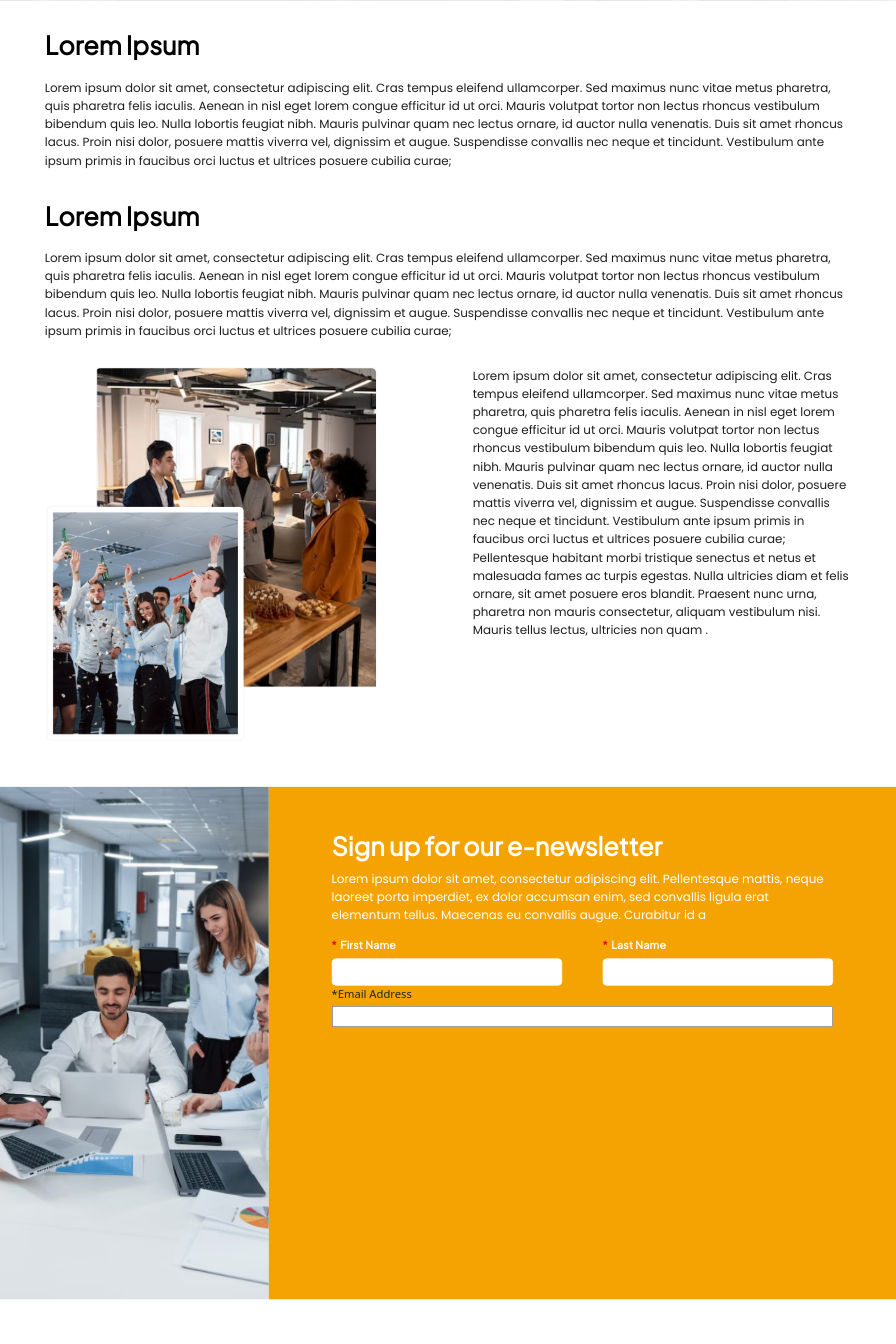
Repository: Akash8377/Hospitality-website
Page: /about-us
An editor plug-in stored every save of this project. The page is shown before and after a run of saves, followed by the edit.
The browser window is 1280 px wide. The pictures show the part of the page from y = 683 to 2603 px (the page is 2603 px tall), at 70% of full size.
Some web libraries are served in a nearby version. The project was rebuilt for these pictures with package versions that can differ from the ones it lists, and the page was loaded fresh each time. Also part of the build but not shown: src/Component/Partial/heading-cont.js, src/Component/Shared/about-us.js, src/Component/Shared/Banner.js, src/Component/Shared/popular-jobs.js, src/Component/Sliders/ServiceSlider.js, src/Component/Sliders/ReviewSlider.js, src/Component/Partial/index-banner.js, src/Component/Partial/index-buisness-banner.js and 2 more.

Above is the page before, as saved 2023-07-07 12:12:57.

### public/index.html
<!-- @format -->

<!DOCTYPE html>
<html lang="en">
  <head>
    <meta charset="utf-8" />
    <link rel="icon" href="%PUBLIC_URL%/favicon.ico" />
    <meta name="viewport" content="width=device-width, initial-scale=1" />
    <meta name="theme-color" content="#000000" />
    <meta
      name="description"
      content="Web site created using create-react-app"
    />
    <link rel="apple-touch-icon" href="%PUBLIC_URL%/logo192.png" />
    <link rel="manifest" href="%PUBLIC_URL%/manifest.json" />

    <link rel="preconnect" href="https://fonts.googleapis.com" />
    <link rel="preconnect" href="https://fonts.gstatic.com" crossorigin />
    <link href="https://fonts.googleapis.com/css2?family=Plus+Jakarta+Sans&family=Poppins&display=swap" rel="stylesheet">
    <title>React App</title>
  </head>
  <body>
    <noscript>You need to enable JavaScript to run this app.</noscript>
    <div id="root"></div>
  </body>
  <script src="https://kit.fontawesome.com/b533b351e4.js" crossorigin="anonymous"></script>
</html>

### src/index.css
/** @format */

body {
  margin: 0;
  padding: 0;
  font-family: -apple-system, BlinkMacSystemFont, "Segoe UI", "Roboto", "Oxygen",
    "Ubuntu", "Cantarell", "Fira Sans", "Droid Sans", "Helvetica Neue",
    sans-serif;
  -webkit-font-smoothing: antialiased;
  -moz-osx-font-smoothing: grayscale;
}

code {
  font-family: source-code-pro, Menlo, Monaco, Consolas, "Courier New",
    monospace;
}

### src/App.js
import React from 'react'
import {  BrowserRouter  , Route , Routes } from 'react-router-dom'
import HomePage from './Pages/HomePage'



// Css
import './Css/Navbar.css'
import './Css/Lap.css'
import AboutUs from './Pages/AboutUs'
const App = () => {
  return (
    <>
      <BrowserRouter>
        <Routes>
            <Route path='/' element={<HomePage />} />
            <Route path='/about-us' element={<AboutUs />} />
        </Routes>
      </BrowserRouter>
    </>
  )
}

export default App

### src/Css/Navbar.css
/** @format */

.Navbar {
  display: flex;
  justify-content: space-evenly;
  box-shadow: 0px 10px 30px 0px rgba(0, 0, 0, 0.25);
  background-color: #033c59;
  padding: 20px;
  align-items: center;
}
.Navbar .main {
  width: 15%;
  text-align: center;
}
.Navbar .main a {
  text-decoration: none;
  color: #fff;
  font-size: 20px;
  font-family: Plus Jakarta Sans;
  font-style: normal;
  font-weight: 400;
  line-height: 24px;
  letter-spacing: 1px;
  margin: 0;
}

.Navbar .main img {
  display: block;
  margin: auto;
  max-width: 100%;
}
.Navbar .main div {
  border-radius: 24px;
  border: 1px solid #f3f4f6;
  background: #eee;
  padding: 8px;
  display: flex;
  justify-content: space-between;
  padding-left: 10px;
  padding-right: 10px;
}
.Navbar .main div input {
  border: none;
  background-color: transparent;
  outline: none;
  color: #6b7280;
  font-size: 14px;
  font-family: Plus Jakarta Sans;
  font-style: normal;
  font-weight: 400;
  line-height: normal;
  width: 80%;
}
.Navbar .main button {
  border-radius: 8px;
  background: #f5a302;
  width: 120px;
  padding: 10px;
  color: #fff;
  text-align: center;
  font-size: 16px;
  font-family: Plus Jakarta Sans;
  font-style: normal;
  font-weight: 800;
  line-height: normal;
  outline: none;
  border: 1px solid #f5a302;
}

.Navbar .main a:focus{
    font-weight: 700;
}

### src/Css/Lap.css
/** @format */

/* Home Page Banner */
.Banner {
  min-height: 600px;
  max-height: 800px;
  width: 100%;
  background-image: url("../../public/Image/1.png");
  background-size: cover;
  background-repeat: no-repeat;
  position: relative;
}
.Banner h2 {
  color: #fff;
  text-align: center;
  font-size: 60px;
  font-family: Plus Jakarta Sans;
  font-style: normal;
  font-weight: 700;
  line-height: 90px;
}
.Banner p {
  color: rgba(255, 255, 255, 0.7);
  text-align: center;
  font-size: 17px;
  font-family: Plus Jakarta Sans;
  font-style: normal;
  font-weight: 400;
  line-height: 28px;
}

.Banner .two_button {
  display: flex;
  justify-content: center;
  gap: 20px;
}
.Banner .two_button button {
  border-radius: 10px;
  background: #033c59;
  border: 1px solid #033c59;
  box-shadow: 0px 0px 3px 0px rgba(60, 72, 88, 0.15);
  width: 457px;
  color: #fff;
  height: 92px;
  color: #fff;
  font-size: 28px;
  font-family: Plus Jakarta Sans;
  font-style: normal;
  font-weight: 700;
  line-height: normal;
  display: flex;
  justify-content: center;
  align-items: center;
  gap: 20px;
}

.Banner .Bottom_Button {
  border-radius: 10px;
  background: #f5a302;
  box-shadow: 0px 0px 3px 0px rgba(60, 72, 88, 0.15);
  color: #fff;
  text-align: center;
  font-size: 28px;
  font-family: Plus Jakarta Sans;
  font-style: normal;
  font-weight: 700;
  border: 1px solid #f5a302;
  height: 92px;
  width: 666px;
  display: flex;
  justify-content: center;
  align-items: center;
  gap: 20px;
  margin: auto;
  margin-top: 20px;
}

.Banner .content {
  position: absolute;
  top: 50%;
  left: 50%;
  transform: translate(-50%, -50%);
}

/* -------------------------- */

/* Home Page About us Section */
.Three_Div {
  display: flex;
  justify-content: space-evenly;
  gap: 20px;
  flex-wrap: wrap;
  margin-top: 2%;
  padding: 20px;
}
.Three_Div .Item {
  width: 357.126px;
}
.Three_Div .Item .upper {
  width: 100%;
  height: 381.393px;
  position: relative;
  background-image: url("../../public/Image/2.png");
}
.Three_Div .Item .upper .head {
  color: #fff;
  text-align: center;
  font-size: 36px;
  font-family: Plus Jakarta Sans;
  font-style: normal;
  font-weight: 600;
  max-width: 100%;
  width: 100%;
  margin: auto;
  position: absolute;
  bottom: 30px;
  left: 50%;
  transform: translate(-50%);
}
.Three_Div .Item .desc {
  color: #1d1d1d;
  text-align: center;
  font-size: 14px;
  font-family: Poppins;
  font-style: normal;
  font-weight: 400;
  line-height: normal;
  margin-top: 20px;
}
.Three_Div .Item button {
  border-radius: 6px;
  border: 1px solid #f5a302;
  background: #fef6e6;
  padding: 5px 21.02px 5px 21px;
  display: block;
  margin: auto;
  color: #f5a302;
  text-align: center;
  font-size: 15px;
  font-family: Plus Jakarta Sans;
  font-style: normal;
  font-weight: 600;
  line-height: 28px;
  letter-spacing: 0.375px;
}

/* Home Page Heading Container*/
.Center_Heading {
  margin-top: 5%;
}
.Center_Heading h5 {
  color: #161c2d;
  text-align: center;
  font-size: 36px;
  font-family: Plus Jakarta Sans;
  font-style: normal;
  font-weight: 600;
  line-height: 39px;
}
.Center_Heading .desc {
  color: #1d1d1d;
  text-align: center;
  font-size: 14px;
  font-family: Poppins;
  font-style: normal;
  font-weight: 400;
  line-height: normal;
  max-width: 600px;
  margin: auto;
}

/* Home Page Popular Jobs */
.Popular_Jobs {
  padding: 20px;
}
.Popular_Jobs table {
  table-layout: fixed;
  width: 90%;
  margin: auto;
  text-align: center;
}
.Popular_Jobs table tbody td .flex-cont {
  display: flex;
  gap: 5px;
  justify-content: center;
  align-items: center;
}

.Popular_Jobs table tbody tr {
  margin-top: 30px 0 !important;
  border-radius: 4px;
  background: rgba(255, 255, 255, 0);
  box-shadow: 0px 0px 3px 0px rgba(60, 72, 88, 0.15);
  border: 1px solid rgba(255, 255, 255, 0);
}
.Popular_Jobs table tbody tr td {
  padding: 10px;
}
.Popular_Jobs table tbody td .flex-cont p {
  color: #161c2d;
  font-size: 17px;
  font-family: Plus Jakarta Sans;
  font-style: normal;
  font-weight: 600;
  line-height: 28px;
  margin: 0;
}
.Popular_Jobs table tbody td .flex-cont button {
  border-radius: 6px;
  border: 1px solid #005479;
  background: #005479;
  color: #fff;
  text-align: center;
  font-size: 15px;
  font-family: Plus Jakarta Sans;
  font-style: normal;
  font-weight: 600;
  line-height: 28px;
  letter-spacing: 0.375px;
}
.Popular_Jobs table tbody td .flex-cont i {
  color: #005479;
  width: 40px;
  height: 40px;
  border: 1px solid #005479;
  text-align: center;
  border-radius: 100%;
  background-color: rgba(3, 0, 129, 0.05);
  padding: 10px;
}
.Popular_Jobs table tbody td .flex-vertical-cont {
  display: flex;
  flex-direction: column;
}
.Popular_Jobs table tbody td .flex-vertical-cont p {
  margin: 0;
  color: #161c2d;
  font-size: 15px;
  font-family: Plus Jakarta Sans;
  font-style: normal;
  font-weight: 700;
  line-height: 28px;
}
.Popular_Jobs table tbody td .flex-vertical-cont select {
  border-radius: 6px;
  border: 1px solid #777;
  background: #eee;
  width: 164px;
  margin: auto;
  outline: none;
  color: #777;
  font-size: 14px;
  font-family: Plus Jakarta Sans;
  font-style: normal;
  font-weight: 400;
  line-height: 20px;
}
.Popular_Jobs table tbody td .flex-vertical-cont div {
  display: flex;
  gap: 5px;
  align-items: center;
  justify-content: center;
}
.Popular_Jobs table tbody td .flex-vertical-cont div p {
  color: #94a3b8;
  font-size: 15px;
  font-family: Plus Jakarta Sans;
  font-style: normal;
  font-weight: 400;
  line-height: 28px;
}
.Popular_Jobs table tbody td .flex-vertical-cont div i {
  color: #94a3b8;
}

/* Home Page Service Slider */
.Service_Slider_Container {
  position: relative;
  margin-top: 20px;
}
.Service_Slider_Container .Service_Slider .Main {
  width: 421px !important;
  height: 506px !important;
  position: relative;
  display: block !important;
  margin: auto;
}
.Service_Slider_Container .Service_Slider .Main img {
  position: absolute;
  top: 0;
  bottom: 0;
  left: 0;
  right: 0;
  z-index: -1;
}
.Service_Slider_Container .slick-arrow {
  display: none !important;
}

.Service_Slider_Container .Service_Slider .Main .head {
  color: #fff;
  text-align: center;
  font-size: 36px;
  font-family: Plus Jakarta Sans;
  font-style: normal;
  font-weight: 600;
  line-height: 28px;
  position: absolute;
  top: 50%;
  left: 50%;
  transform: translate(-50%, -50%);
  width: 100%;
}
.Service_Slider_Container .Service_Slider .Main button {
  display: flex;
  gap: 10px;
  align-items: center;
  border-radius: 6px;
  border: 1px solid #fff;
  background: #fff;
  width: 148.49px;
  height: 37.865px;
  color: #000;
  text-align: center;
  font-size: 15px;
  font-family: Plus Jakarta Sans;
  font-style: normal;
  font-weight: 600;
  line-height: 28px;
  letter-spacing: 0.375px;
  position: absolute;
  top: 70%;
  left: 50%;
  transform: translate(-50%, -50%);
  text-align: center;
  justify-content: center;
}

/* Home Page Review Slider */
.Review_Slider_Container {
  position: relative;
  margin-top: 30px;
  margin-bottom: 20px;
}
.Review_Slider_Container .Review_Slider .Main {
  width: 357px !important;
  height: 466px !important;
  position: relative;
  display: block !important;
  margin: auto;
  background: #fff;
  box-shadow: 0px 20px 40px 10px rgba(159, 159, 159, 0.15),
    0px -10px 50px 0px rgba(0, 0, 0, 0.1);
  padding: 20px;
}

.Review_Slider_Container .slick-arrow {
  display: none !important;
}
.Review_Slider_Container .Review_Slider .Main .User_Profile {
  display: flex;
  justify-content: space-between;
  max-width: 90%;
  gap: 10px;
  align-items: center;
}

.Review_Slider_Container .Review_Slider .Main .User_Profile img {
  width: 73px;
  height: 73px;
  border-radius: 100%;
}
.Review_Slider_Container .Review_Slider .Main .User_Profile p {
  margin: 0;
}

.Review_Slider_Container .Review_Slider .Main .User_Profile div .head {
  color: #000;
  font-size: 22px;
  font-family: Plus Jakarta Sans;
  font-style: normal;
  font-weight: 700;
  line-height: 39px;
}
.Review_Slider_Container .Review_Slider .Main .User_Profile div .desc {
  color: #9c9c9c;
  font-size: 15px;
  font-family: Plus Jakarta Sans;
  font-style: normal;
  font-weight: 700;
  line-height: 39px;
}

.Review_Slider_Container .Review_Slider .Main .Reviews {
  display: flex;
  align-items: center;
  justify-content: space-between;
  margin-top: 10px;
}
.Review_Slider_Container .Review_Slider .Main .Reviews div {
  display: flex;
  gap: 5px;
}
.Review_Slider_Container .Review_Slider .Main .Reviews div i {
  color: #ffc107;
  font-size: 23px;
}

.Review_Slider_Container .Review_Slider .Main .Reviews p {
  margin: 0;
  color: #9c9c9c;
  font-size: 15px;
  font-family: Plus Jakarta Sans;
  font-style: normal;
  font-weight: 700;
  line-height: 39px;
}
.Review_Slider_Container .Review_Slider .Main .content {
  text-align: left;
  margin-top: 10px;
}
.Review_Slider_Container .Review_Slider .Main .content p {
  color: #000;
  font-size: 17px;
  font-family: Plus Jakarta Sans;
  font-style: normal;
  font-weight: 400;
  line-height: 28px;
}

/* Index Two Sec Banner */
.Index_Banner_Two_Sec {
  display: flex;
  width: 90%;
  margin: auto;
  align-items: stretch;
  margin-top: 2%;
  justify-content: center;
  height: 550px;
  max-width: 1200px;
  margin-bottom: 20px;
}
.Index_Banner_Two_Sec .left {
  width: 30%;
  display: flex;
  justify-content: flex-end;
}
.Index_Banner_Two_Sec .left img {
  width: auto;
  max-height: 100%;
}

.Index_Banner_Two_Sec .right {
  width: 70%;
  background-color: #f5a302;
  position: relative;
}
.Index_Banner_Two_Sec .right .content {
  position: absolute;
  top: 50%;
  left: 50%;
  transform: translate(-50%, -50%);
  width: 90%;
  margin: auto;
}
.Index_Banner_Two_Sec .right .content h5 {
  color: #fff;
  font-family: Plus Jakarta Sans;
  font-size: 36px;
  font-style: normal;
  font-weight: 600;
  line-height: 54px;
}
.Index_Banner_Two_Sec .right .content p {
  color: #fff;
  font-family: Plus Jakarta Sans;
  font-size: 17px;
  font-style: normal;
  line-height: 28px;
}
.Index_Banner_Two_Sec .right .content ul {
  list-style: none;
  padding-left: 0;
}
.Index_Banner_Two_Sec .right .content ul li {
  display: flex;
  gap: 10px;
  align-items: center;
}
.Index_Banner_Two_Sec .right .content ul li span {
  color: #fff;
  font-family: Plus Jakarta Sans;
  font-size: 15px;
  font-style: normal;
  font-weight: 400;
  line-height: 28px;
}

/* Index Buisness Banner */
.Index_Buisness_Banner {
  display: flex;
  justify-content: space-evenly;
  width: 90%;
  margin: auto;
  margin-top: 5%;
}
.Index_Buisness_Banner .left {
  width: 50%;
  padding: 20px;
}
.Index_Buisness_Banner .left h5 {
  color: #161c2d;
  font-family: Plus Jakarta Sans;
  font-size: 36px;
  font-style: normal;
  font-weight: 600;
  line-height: 39px;
}
.Index_Buisness_Banner .left p {
  color: #1d1d1d;
  font-family: Poppins;
  font-size: 14px;
  font-style: normal;
  font-weight: 400;
  line-height: normal;
  max-width: 60%;
}
.Index_Buisness_Banner .left .Two_Sec {
  display: flex;
  justify-content: space-between;
  flex-wrap: wrap;
}

.Index_Buisness_Banner .left .Two_Sec .Main {
  width: 49%;
  border-radius: 4px;
  background: #f8fafc;
  box-shadow: 0px 0px 3px 0px rgba(60, 72, 88, 0.15);
  padding: 20px;
  display: flex;
  align-items: flex-start;
  gap: 10px;
  margin-top: 20px;
}
.Index_Buisness_Banner .left .Two_Sec .Main div {
  display: flex;
  flex-direction: column;
  width: 60%;
}
.Index_Buisness_Banner .left .Two_Sec .Main div h6 {
  color: #161c2d;
  font-family: Plus Jakarta Sans;
  font-size: 16px;
  font-style: normal;
  font-weight: 600;
  line-height: 28px;
}

.Index_Buisness_Banner .left .Two_Sec .Main div p {
  color: #005479;
  font-family: Plus Jakarta Sans;
  font-size: 14px;
  font-style: normal;
  font-weight: 400;
  line-height: 20px;
  width: 100%;
}
.Index_Buisness_Banner .left .Last_Text {
  display: flex;
  gap: 10px;
  color: #94a3b8;
  text-align: center;
  font-family: Plus Jakarta Sans;
  font-size: 15px;
  font-style: normal;
  font-weight: 600;
  line-height: 28px;
  letter-spacing: 0.375px;
  align-items: center;

  margin: 0;
  margin-top: 10px;
}
.Index_Buisness_Banner .right {
  width: 30%;
}
.Index_Buisness_Banner .right img {
  max-width: 100%;
  display: block;
  margin: auto;
}

/* Footer  */
.Footer {
  background: #f5a302;
  margin-top: 5%;
  padding-bottom: 50px;
}
.Footer .Upper_Div {
  display: flex;
  width: 90%;
  margin: auto;
  justify-content: space-between;
  padding-top: 2%;
  align-items: center;
}
.Footer .Upper_Div div {
  width: 15%;
}
.Footer .Upper_Div div p {
  margin: 0;
  color: #fff;
  font-family: Plus Jakarta Sans;
  font-size: 20px;
  font-style: normal;
  font-weight: 800;
  line-height: normal;
}
.Footer .Upper_Div div button {
  color: #fff;
  text-align: center;
  font-family: Plus Jakarta Sans;
  font-size: 16px;
  font-style: normal;
  font-weight: 800;
  border-radius: 8px;
  background: #005479;
  border: 1px solid #005479;
  width: 100%;
  padding: 10px;
  line-height: normal;
}

.Footer .Down_Div {
  display: flex;
  justify-content: space-between;
  width: 90%;
  margin: auto;
  margin-top: 40px;
}

.Footer .Down_Div .left h5 {
  color: #fff;
  font-family: Plus Jakarta Sans;
  font-size: 26px;
  font-style: normal;
  font-weight: 700;
  line-height: 39px;
}
.Footer .Down_Div .left .two_sec {
  display: flex;
  align-items: center;
  gap: 10px;
  margin-top: 30px;
}
.Footer .Down_Div .left .two_sec p {
  margin: 0;
  color: #fff;
  font-family: Plus Jakarta Sans;
  font-size: 17px;
  font-style: normal;
  font-weight: 500;
  line-height: normal;
}
.Footer .Down_Div .left .two_sec i {
  color: #fff;
  font-size: 20px;
}

.Footer .Down_Div .left .copyRight {
  color: #fff;
  font-family: Plus Jakarta Sans;
  font-size: 20px;
  margin-top: 40px;
  font-style: normal;
  font-weight: 500;
  line-height: normal;
}

/* About Us Page */
.AboutUs {
  min-height: 600px;
  max-height: 800px;
  width: 100%;
  background-image: url("../../public/Image/11.png");
  background-size: cover;
  background-repeat: no-repeat;
  position: relative;
}
.AboutUs h2 {
  color: #fff;
  text-align: center;
  font-size: 36px;
  font-family: Plus Jakarta Sans;
  font-style: normal;
  font-weight: 700;
  line-height: 90px;
}
.AboutUs p {
  color: rgba(255, 255, 255, 0.7);
  text-align: center;
  font-size: 14px;
  font-family: Plus Jakarta Sans;
  font-style: normal;
  font-weight: 400;
  line-height: 28px;
}

.AboutUs .content {
  position: absolute;
  top: 60%;
  left: 50%;
  transform: translate(-50%, -50%);
}

.About_Us-Content {
  width: 90%;
  margin: auto;
  margin-top: 3%;
}
.About_Us-Content h5 {
  color: #000;
  font-family: Plus Jakarta Sans;
  font-size: 36px;
  font-style: normal;
  font-weight: 600;
  line-height: 54px;
}
.About_Us-Content p {
  color: #1d1d1d;
  font-family: Poppins;
  font-size: 17px;
  font-style: normal;
  font-weight: 400;
  line-height: normal;
  margin-top: 20px;
}

.About_Us-two_Sec {
  display: flex;
  width: 90%;
  margin: auto;
  justify-content: space-between;
  margin-top: 3%;
}
.About_Us-two_Sec .right {
  width: 70%;
  text-align: left;
  display: flex;
  justify-content: flex-end;
}
.About_Us-two_Sec .right p {
  max-width: 80%;
  color: #1d1d1d;
  font-family: Poppins;
  font-size: 17px;
  font-style: normal;
  font-weight: 400;
  line-height: normal;
}

.About-Us_Newsletter {
  display: flex;
  align-items: stretch;
  max-height: 900px;
  margin-top: 5%;
  margin-bottom: 5%;
}
.About-Us_Newsletter .left {
  width: 30%;
}
.About-Us_Newsletter .left img {
  height: 100%;
  width: 100%;
}

.About-Us_Newsletter .right {
  background: #f5a302;
  width: 70%;
  padding-top: 5%;
}
.About-Us_Newsletter .right .content {
  width: 80%;
  margin: auto;
}
.About-Us_Newsletter .right .content h5 {
  color: #fff;
  font-family: Plus Jakarta Sans;
  font-size: 36px;
  font-style: normal;
  font-weight: 700;
  line-height: 39px;
}
.About-Us_Newsletter .right .content p {
  color: #fff;
  font-family: Poppins;
  font-size: 17px;
  font-style: normal;
  font-weight: 400;
  line-height: normal;
  margin-top: 2%;
}
.About-Us_Newsletter .right .content form {
  margin-top: 2%;
}
.About-Us_Newsletter .right .content form .Two_Inputs {
  display: flex;
  gap: 20px;
  justify-content: space-between;
  align-items: center;
}
.About-Us_Newsletter .right .content form .Two_Inputs div {
  width: 46%;
  display: flex;
  flex-direction: column;
  gap: 5px;
}
.About-Us_Newsletter .right .content form .Two_Inputs div label {
  color: #fff;
  font-family: Plus Jakarta Sans;
  font-size: 15px;
  font-style: normal;
  font-weight: 700;
  line-height: 28px;
  letter-spacing: 0.375px;
  display: flex;
  gap: 5px;
}
.About-Us_Newsletter .right .content form .Two_Inputs div label span {
  color: #e51111;
}
.About-Us_Newsletter .right .content form .Two_Inputs div input {
  border-radius: 6px;
  border: 1px solid #fff;
  background: #fff;
  width: 100%;
  padding: 5px;
  outline: none;
  font-family: Plus Jakarta Sans;
  font-size: 18px;
  font-style: normal;
}
.About-Us_Newsletter .right .content form .Single_Input div{
  width: 100%;
  display: flex;
  flex-direction: column;
  gap: 5px;
}
.About-Us_Newsletter .right .content form .Single_Input div{
  width: 100%;
  display: flex;
  flex-direction: column;
  gap: 5px;
}
.About-Us_Newsletter .right .content form .Single_Input div{
  width: 100%;
  display: flex;
  flex-direction: column;
  gap: 5px;
}

### src/Pages/AboutUs.js
/** @format */

import React from "react";
import Navbar from "../Component/Navbar/Navbar";
import Banner from "../Component/Partial/About Us Component/Banner";
import ContentDescription from "../Component/Partial/About Us Component/content-description";
import Newsletter from "../Component/Partial/About Us Component/Newsletter";
import TwoSection from "../Component/Partial/About Us Component/two-section";

const AboutUs = () => {
  return (
    <>
      <Navbar />
      <Banner />
      <ContentDescription />
      <ContentDescription />
      <TwoSection />
      <Newsletter />
    </>
  );
};

export default AboutUs;

### src/Component/Partial/About Us Component/content-description.js
import React from 'react'

const ContentDescription = () => {
  return (
    <div className='About_Us-Content'>
        <h5>Lorem Ipsum</h5>
        <p>Lorem ipsum dolor sit amet, consectetur adipiscing elit. Cras tempus eleifend ullamcorper. Sed maximus nunc vitae metus pharetra, quis pharetra felis iaculis. Aenean in nisl eget lorem congue efficitur id ut orci. Mauris volutpat tortor non lectus rhoncus vestibulum bibendum quis leo. Nulla lobortis feugiat nibh. Mauris pulvinar quam nec lectus ornare, id auctor nulla venenatis. Duis sit amet rhoncus lacus. Proin nisi dolor, posuere mattis viverra vel, dignissim et augue. Suspendisse convallis nec neque et tincidunt. Vestibulum ante ipsum primis in faucibus orci luctus et ultrices posuere cubilia curae; </p>
    </div>
  )
}

export default ContentDescription

Loaded but not shown: src/index.js (common file); src/Component/Partial/About Us Component/two-section.js (33 lines, source omitted); src/Component/Partial/About Us Component/Newsletter.js (45 lines, source omitted); src/Component/Partial/About Us Component/Banner.js (18 lines, source omitted); src/Component/Navbar/Navbar.js (45 lines, source omitted)

After the next 3 saves:
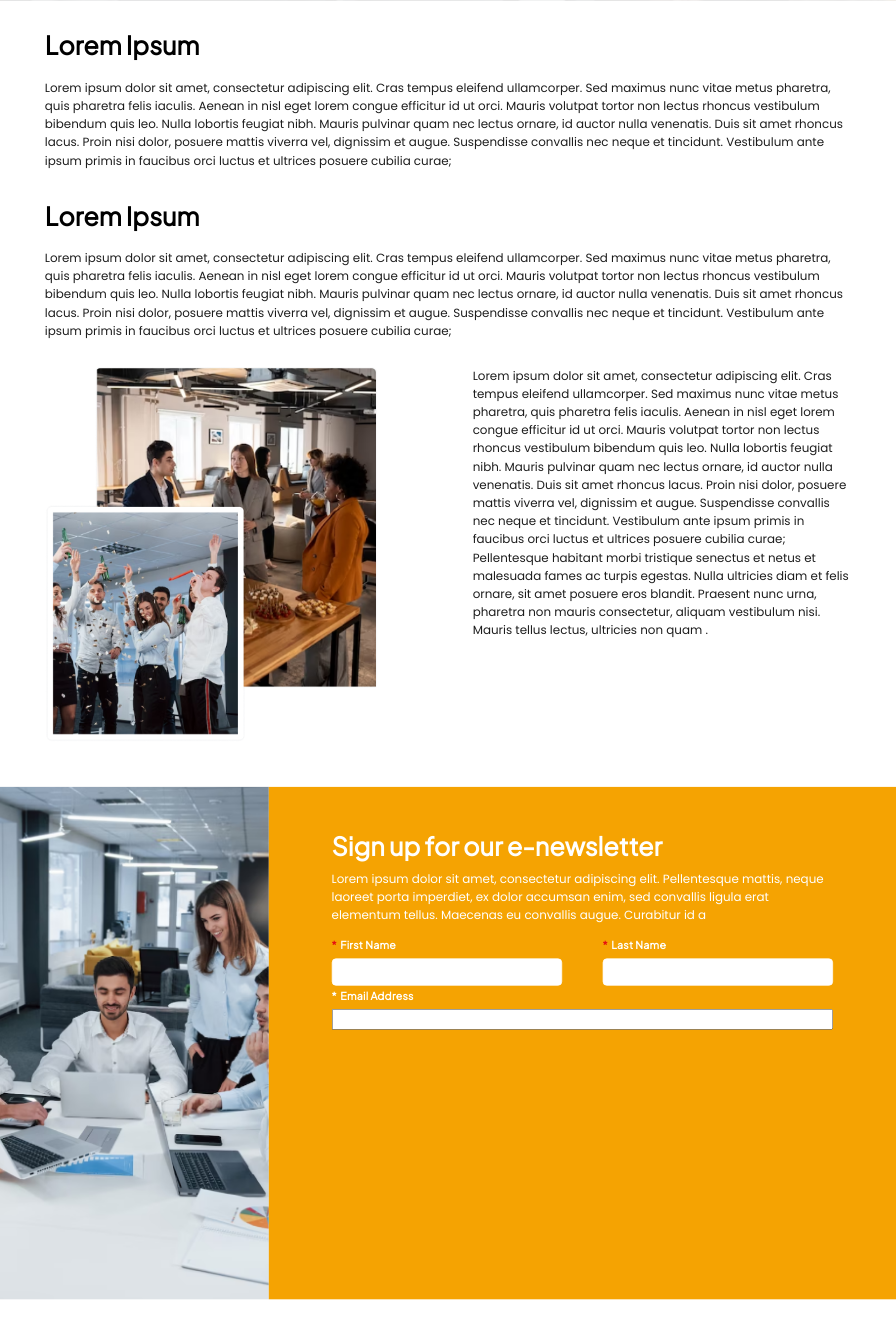
The 3 saves are shown as one change because they came seconds apart.
The last was saved 15 s later.
--- a/src/Css/Lap.css
+++ b/src/Css/Lap.css
@@ -846,15 +846,20 @@
   flex-direction: column;
   gap: 5px;
 }
+.About-Us_Newsletter .right .content form .Single_Input div label {
+  color: #fff;
+  font-family: Plus Jakarta Sans;
+  font-size: 15px;
+  font-style: normal;
+  font-weight: 700;
+  line-height: 28px;
+  letter-spacing: 0.375px;
+  display: flex;
+  gap: 5px;
+}
 .About-Us_Newsletter .right .content form .Single_Input div{
   width: 100%;
   display: flex;
   flex-direction: column;
   gap: 5px;
 }
-.About-Us_Newsletter .right .content form .Single_Input div{
-  width: 100%;
-  display: flex;
-  flex-direction: column;
-  gap: 5px;
-}
